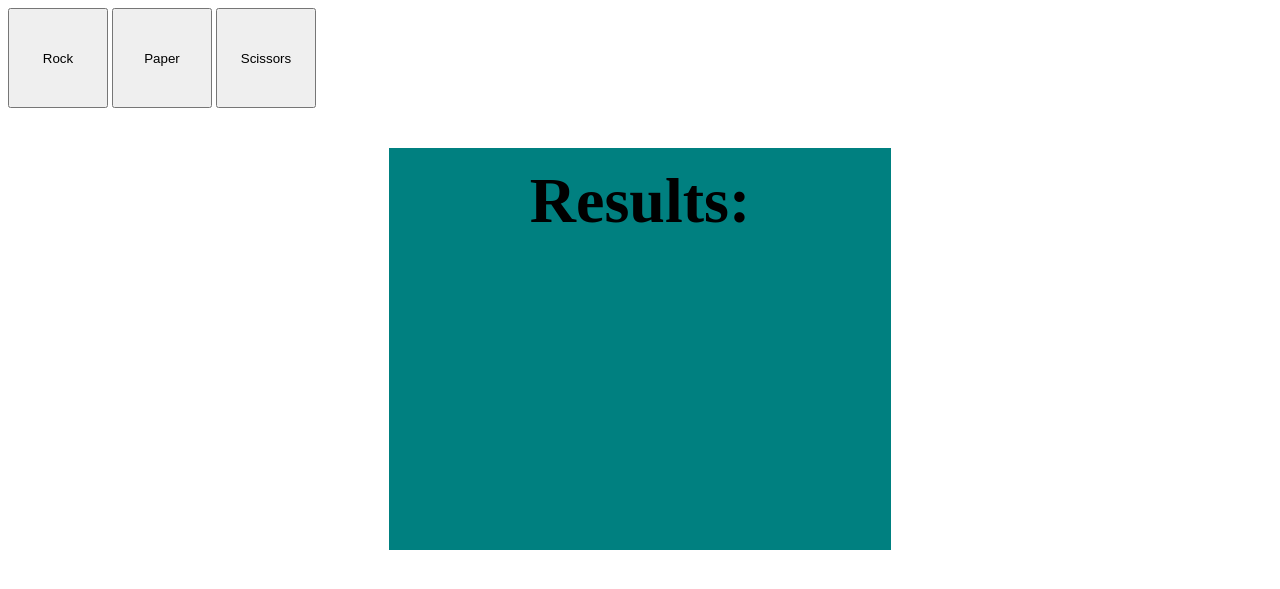
Repository: Pafestivo/rock-paper-scissors
Page: index.html
An editor plug-in stored every save of this project. The page is shown before and after the next save, followed by the edit.
The browser window is 1280 px wide. The pictures show the whole page.

Above is the page before, as saved 2022-10-14 14:26:15.

### index.html
<!DOCTYPE html>
<html lang="en">
<head>
  <meta charset="UTF-8">
  <meta name="viewport" content="width=device-width, initial-scale=1.0">
  <link rel="stylesheet" href="styles.css">
  <script src="js-file.js" defer></script>
  <title>Document</title>
</head>
<body>
  <button id="rock">Rock</button>
  <button id="paper">Paper</button>
  <button id="scissors">Scissors</button>

  <div id="results">
    <h1 id="results-header">Results:</h1>
  </div>
</body>
</html>

### styles.css
button {
  width: 100px;
  height: 100px;
}

#results {
  margin: 40px auto 0 auto;
  width: 500px;
  height: 400px;
  padding: 1px;
  background-color: teal;
}

#results-header {
  text-align: center;
  margin-top: 15px;
  font-size: 4em;
}

.round-result {
  margin: 5px;
  text-align: center;
  padding: 0;
}

### js-file.js
//round logic
function playRound(playerSelection, computerSelection) {
  let log = ""

  if (
    (playerSelection === "Rock" && computerSelection === "Paper") ||
    (playerSelection === "Paper" && computerSelection === "Scissors") ||
    (playerSelection === "Scissors" && computerSelection === "Rock")
    ) {
    log = "You lost this round!"
  }
  else if (
    (playerSelection === "Paper" && computerSelection === "Rock") ||
    (playerSelection === "Rock" && computerSelection === "Scissors") ||
    (playerSelection === "Scissors" && computerSelection === "Paper")
  ) {
    log = "You won this round!"
  }
  else if (
    (playerSelection === "Rock" && computerSelection === "Rock") ||
    (playerSelection === "Paper" && computerSelection === "Paper") ||
    (playerSelection === "Scissors" && computerSelection === "Scissors")
  ) {
    log = "This round is a draw!"
  }
  else { //input doesn't match rock, paper, or scissors.
    log = "ERROR! Please choose a valid value."
  }

  return log;
};

//computer selection
function getComputerChoice() {
  const possibleChoices = ["Rock", "Paper", "Scissors"];
  const randomize = Math.floor(Math.random() * possibleChoices.length);
  return(possibleChoices[randomize]);
};


const results = document.querySelector('#results');


//function for each player selection
function rockRound() {
  let computerSelection = getComputerChoice();
  console.log(computerSelection);

  const para = document.createElement('p');
  para.classList.add('round-result');
  para.textContent = playRound("Rock", computerSelection);
  results.appendChild(para);
};

function paperRound() {
  let computerSelection = getComputerChoice();
  console.log(computerSelection);

  const para = document.createElement('p');
  para.classList.add('round-result');
  para.textContent = playRound("Rock", computerSelection);
  results.appendChild(para);
};

function scissorsRound() {
  let computerSelection = getComputerChoice();
  console.log(computerSelection);

  const para = document.createElement('p');
  para.classList.add('round-result');
  para.textContent = playRound("Rock", computerSelection);
  results.appendChild(para);
};
//end of player selection functions


//adding event listeners to each button
const rock = document.querySelector('#rock');
rock.addEventListener("click", rockRound);

const paper = document.querySelector('#paper');
paper.addEventListener("click", paperRound);

const scissors = document.querySelector('#scissors');
scissors.addEventListener("click", scissorsRound);

After the next save:
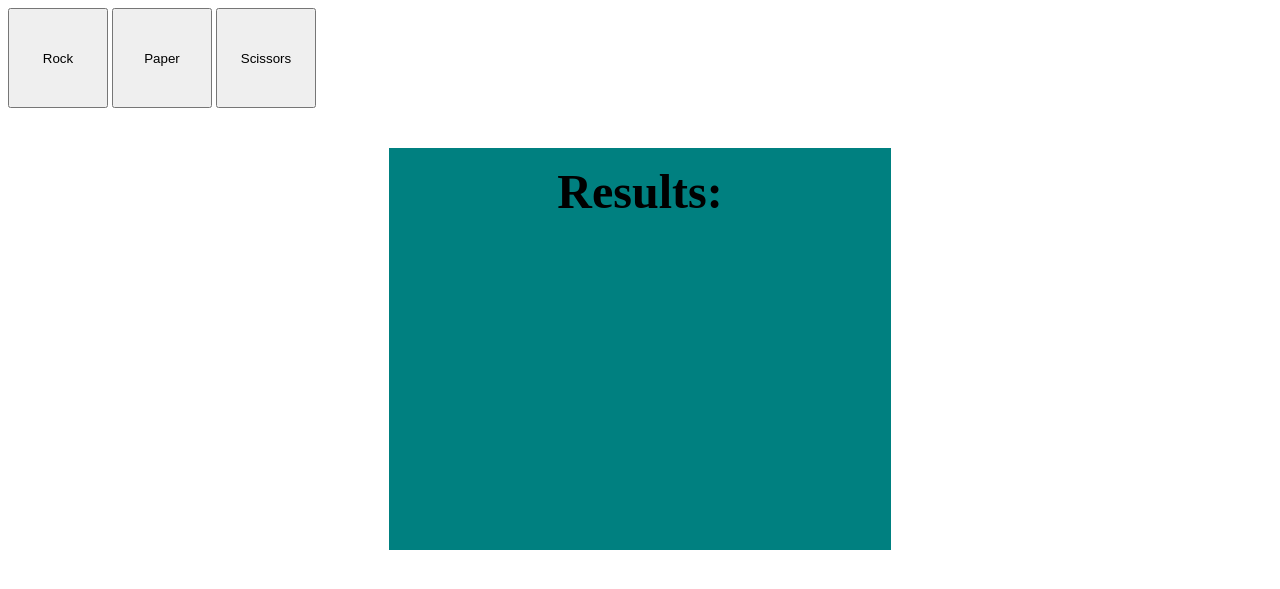
Saved 4 s later.
--- a/styles.css
+++ b/styles.css
@@ -14,7 +14,7 @@ button {
 #results-header {
   text-align: center;
   margin-top: 15px;
-  font-size: 4em;
+  font-size: 3em;
 }
 
 .round-result {
